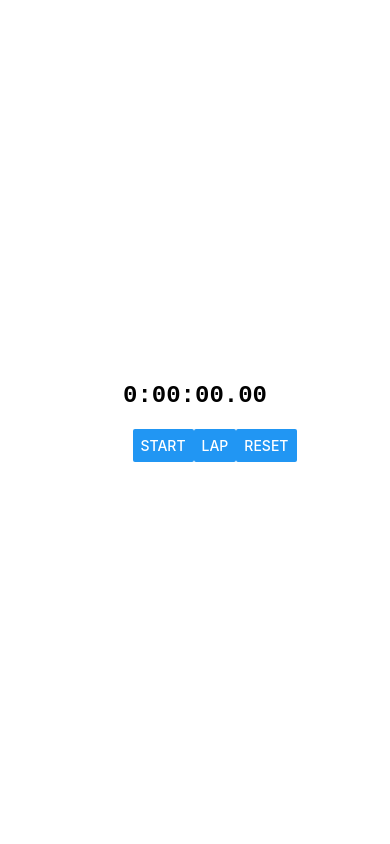
Repository: Shopify/eng-intern-assessment-react-native
Screen: /
These files come from the project's save history. The screen is drawn as it stood at one moment and after the next save; the edit follows.
The app was drawn by React Native's web renderer in a window 390 px wide. The project was rebuilt for these pictures with package versions that can differ from the ones it lists, and the page was loaded fresh each time.

Above is the screen before, as saved 2024-01-13 12:17:26.

### App.tsx
import { StatusBar } from 'expo-status-bar';
import { StyleSheet, Text, View } from 'react-native';
import StopWatch from './src/StopWatch';

export default function App() {
  return (
    <View style={styles.container}>
      <StopWatch></StopWatch>
      <StatusBar style="auto" />
    </View>
  );
}

const styles = StyleSheet.create({
  container: {
    flex: 1,
    backgroundColor: '#fff',
    alignItems: 'center',
    justifyContent: 'center',
  },
});

### src/StopWatch.tsx
import React, { useState, useEffect } from 'react';
import { Text, View, StyleSheet } from 'react-native';
import StopWatchButton from './StopWatchButton';

const StopWatch = () => {
  const [isRunning, setIsRunning] = useState(false);
  const [timeElapsed, setTimeElapsed] = useState(0);
  const [laps, setLaps] = useState<number[]>([]);

  useEffect(() => {
    let interval: ReturnType<typeof setInterval>;
    if (isRunning) {
      interval = setInterval(() => {
        setTimeElapsed(prevTime => prevTime + 10); // Increment every 10 milliseconds
      }, 10);
    }
    return () => clearInterval(interval);
  }, [isRunning]);

  const handleStartStop = () => {
    setIsRunning(!isRunning);
  };

  const handleLap = () => {
    setLaps([...laps, timeElapsed]);
  };

  const handleReset = () => {
    setIsRunning(false);
    setTimeElapsed(0);
    setLaps([]);
  };

  const formatTime = (milliseconds: number) => {
    const hours = Math.floor(milliseconds / 3600000); // 1 Hour = 3600000 Milliseconds
    const minutes = Math.floor((milliseconds % 3600000) / 60000); // 1 Minute = 60000 Milliseconds
    const seconds = Math.floor((milliseconds % 60000) / 1000); // 1 Second = 1000 Milliseconds
    const millis = Math.floor((milliseconds % 1000) / 10); // Display only two digits for milliseconds

    return `${hours}:${minutes.toString().padStart(2, '0')}:${seconds.toString().padStart(2, '0')}.${millis.toString().padStart(2, '0')}`;
  };


  return (
    <View style={styles.container}>
      <View style={styles.timerDisplayContainer}>
        <Text style={styles.timerText}>{formatTime(timeElapsed)}</Text>
      </View>
      {laps.map((lap, index) => (
        <Text key={index} style={styles.lapText}>{`Lap ${index + 1}: ${formatTime(lap)}`}</Text>
      ))}
      <View style={styles.buttonContainer}>
        <StopWatchButton title={isRunning ? "Stop" : "Start"} onPress={handleStartStop} />
        <StopWatchButton title="Lap" onPress={handleLap} />
        <StopWatchButton title="Reset" onPress={handleReset} />
      </View>
    </View>
  );
};

const styles = StyleSheet.create({
  container: {
    flex: 1,
    justifyContent: 'center',
    alignItems: 'center',
  },
  timerWrapper: {
    width: '100%', // Full width of the parent
    alignItems: 'center',
  },
  timerDisplayContainer: {
    minWidth: 250, // Ensure this is wide enough for the longest expected time string
    justifyContent: 'center',
    alignItems: 'center',
  },
  timerText: {
    fontSize: 24,
    fontWeight: 'bold',
    fontFamily: 'monospace',
    textAlign: 'center',
  },
  lapText: {
    fontSize: 16,
  },
  buttonContainer: {
    flexDirection: 'row', // This will arrange buttons side by side
    justifyContent: 'space-around',
    width: '50%', // Adjust as needed
    marginTop: 20,
  },
});

export default StopWatch;

### src/StopWatchButton.tsx
import React from 'react';
import { Button, View } from 'react-native';

type Props = {
  title: string;
  onPress: () => void;
};

const StopWatchButton: React.FC<Props> = ({ title, onPress }) => {
  return (
    <View>
      <Button title={title} onPress={onPress} />
    </View>
  );
};

export default StopWatchButton;

After the next save:
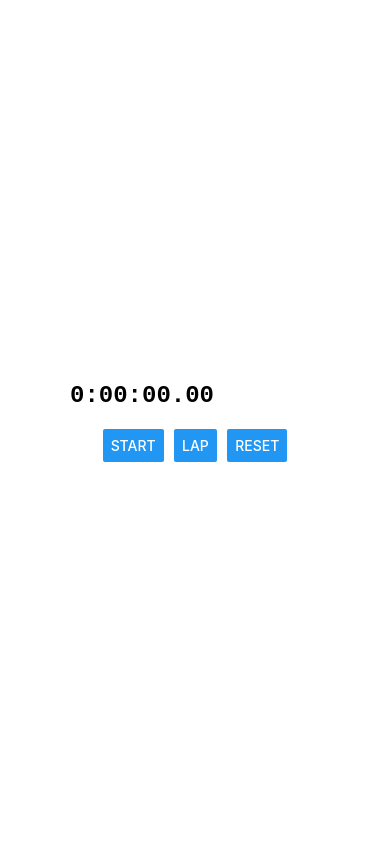
Saved 91 s later.
--- a/src/StopWatch.tsx
+++ b/src/StopWatch.tsx
@@ -42,8 +42,8 @@ const StopWatch = () => {
 
 
   return (
-    <View style={styles.container}>
-      <View style={styles.timerDisplayContainer}>
+    <View style={styles.outerContainer}>
+      <View style={styles.container}>
         <Text style={styles.timerText}>{formatTime(timeElapsed)}</Text>
       </View>
       {laps.map((lap, index) => (
@@ -59,25 +59,22 @@ const StopWatch = () => {
 };
 
 const styles = StyleSheet.create({
-  container: {
+  outerContainer: {
     flex: 1,
     justifyContent: 'center',
     alignItems: 'center',
+    width: '100%', // Full width to center the inner container
   },
-  timerWrapper: {
-    width: '100%', // Full width of the parent
-    alignItems: 'center',
-  },
-  timerDisplayContainer: {
-    minWidth: 250, // Ensure this is wide enough for the longest expected time string
+  container: {
+    minWidth: 250, // Adjust this based on the expected longest time string
+    alignItems: 'flex-start', // Keeps the text stable
     justifyContent: 'center',
-    alignItems: 'center',
   },
   timerText: {
     fontSize: 24,
     fontWeight: 'bold',
     fontFamily: 'monospace',
-    textAlign: 'center',
+    textAlign: 'left', // Align text to the left to keep it stable
   },
   lapText: {
     fontSize: 16,
